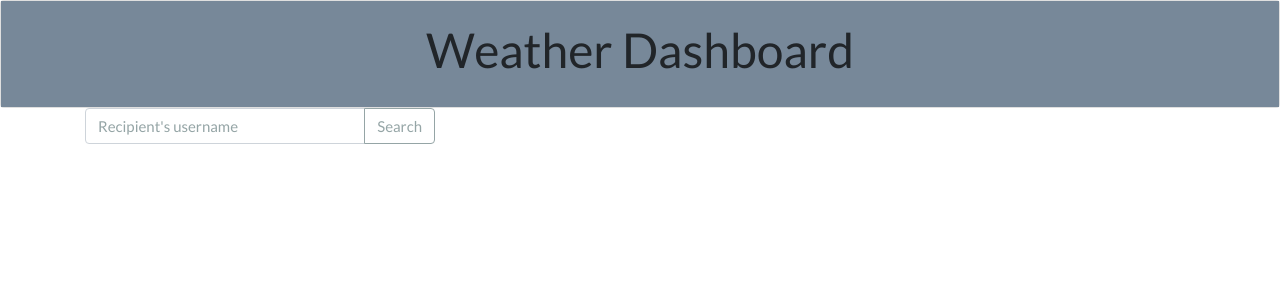
Repository: himaja830/Weather-Dashboard
Page: index.html
These files come from the project's save history. The page is drawn as it stood at one moment and after the next save; the edit follows.
The browser window is 1280 px wide. The pictures show the whole page.
Some web libraries are served in a nearby version.

Above is the page before, as saved 2020-06-26 12:48:47.

After the next save:
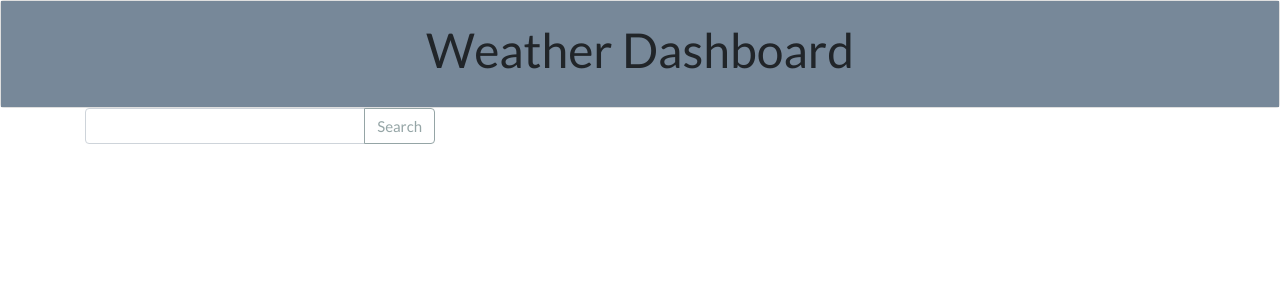
Saved 28 s later.
--- a/index.html
+++ b/index.html
@@ -22,7 +22,7 @@
     <div class="row">
       <div class="col-sm-4">
         <div class="input-group mb-3">
-            <input type="text" class="form-control" placeholder="Recipient's username" aria-label="" aria-describedby="button-addon2">
+            <input type="text" class="form-control"  aria-label="" aria-describedby="button-addon2">
             <div class="input-group-append">
               <button class="btn btn-outline-secondary" type="button" id="button-addon2">Search</button>
             </div>
